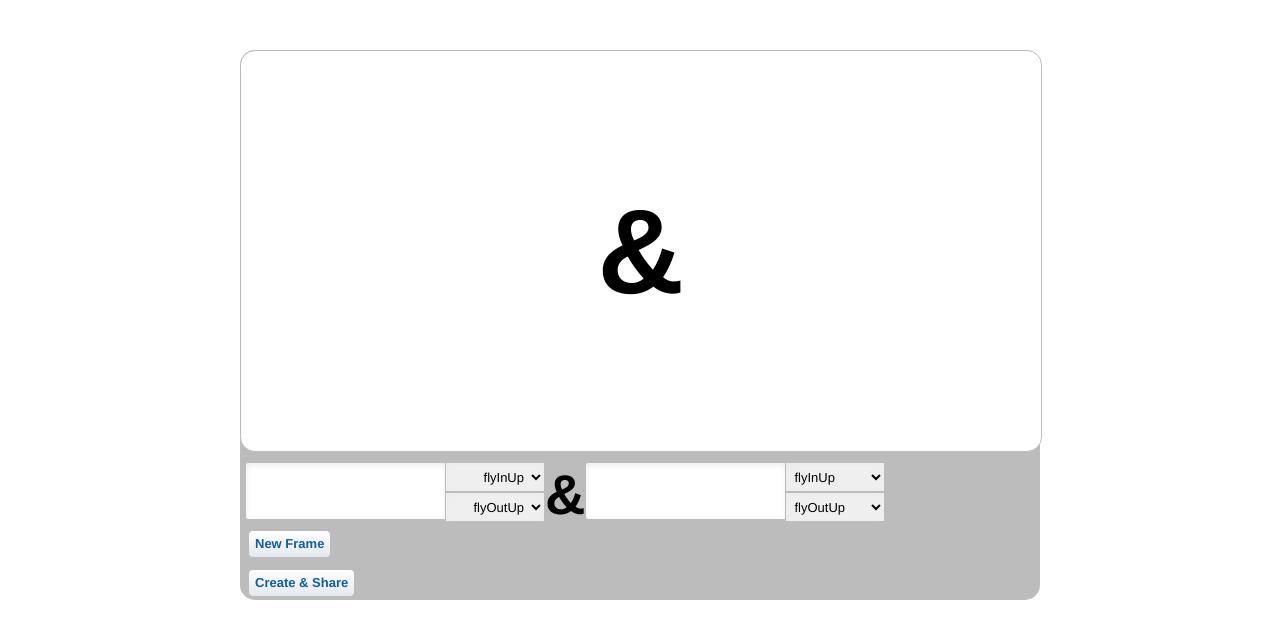
Repository: markis/cratification.com
Page: views/index.html
These files come from the project's save history. The page is drawn as it stood at one moment and after the next save; the edit follows.
The browser window is 1280 px wide. The pictures show the whole page.
Some web libraries are served in a nearby version.

Above is the page before, as saved 2013-09-07 03:31:16.

### views/index.html
<!DOCTYPE html>
<html>
<head>
<title>Cratification</title>
<link type="text/css" rel="stylesheet" href="/css/bootstrap.css" />
<link type="text/css" rel="stylesheet" href="/css/index.css" />


</head>
<body>
<div id="wrapper">
<div id="test-container">
<span id="ampersand">&amp;</span>
</div>
<form id="entry-form">
<div id="entry"></div>
</form>
</div>

<script type="text/javascript" src="//ajax.googleapis.com/ajax/libs/jquery/1.7.2/jquery.js"></script>
<script type="text/javascript" src="//ajax.googleapis.com/ajax/libs/jqueryui/1.8.21/jquery-ui.js"></script>
<script type="text/javascript" src="/js/cratify.js"></script>
<script type="text/javascript" src="/js/index.js"></script>
</body>
</html>

### public/css/index.css
body,html {
    padding: 0px;
    margin: 0px;
    font-family: Helvetica, Arial, sans-serif;
    color: #000;
}

input[type="text"]
{
    margin: auto;
    border: solid 1px #BCBCBC;
    -webkit-box-shadow: 0 2px 6px #ECECEC inset;
    box-shadow: 0 2px 6px #ECECEC inset;
    box-sizing: content-box;
    color: black;
    font-size: 50px;
    font-weight: bold;
    height: 56px;
    line-height: 28px;
    margin: 0;
    padding: 0 5px;
    width: 190px;
    float: left;
}
button,
input[type="button"]
{
    border: solid 1px #BCBCBC;
    background-color: #FAFAFA;
    background-image: -moz-linear-gradient(top,#FFF,#E4E8EE);
    background-image: -ms-linear-gradient(top,#FFF,#E4E8EE);
    background-image: -o-linear-gradient(top,#FFF,#E4E8EE);
    background-image: -webkit-gradient(linear,0% 0%,0% 100%,from(#FFF),to(#E4E8EE));
    background-image: -webkit-linear-gradient(top, #FFF, #E4E8EE);
    border-radius: 5px;
    color: #105DA5;
    font-weight: bold;
    height: 28px;
    margin: 3px;
}
select {
    border: solid 1px #BCBCBC;
    -webkit-box-shadow: 0 2px 6px #ECECEC inset;
    box-shadow: 0 2px 6px #ECECEC inset;
    color: black;
    font-size: 13px;
    height: 30px;
    line-height: 30px;
    margin: 0px;
    width: 100px;
}

/* index page */
#wrapper {
    width: 800px;
    border: 1px solid BCBCBC;
    border-radius: 15px;
    margin: 50px auto;
    background-color: #BCBCBC;
}
#test-container {
    width: 800px;
    height: 400px;
    background-color: #FFF;
    border: 1px solid #BCBCBC;
    border-radius: 15px;
    font-size: 64px;
    font-weight: bold;
    margin: auto;
    overflow: hidden;
}
#entry-form {
    margin: 5px;
    padding-top: 5px;
}
.frame {
    padding-bottom: 5px;
    clear: both;
}
.removeRow {
    color: red;
}
.left {
    text-align: right;
}
.side {
    width: 200px;
    float: left;
}
.options {
    width: 100px;
    float: left;
}
.ampersand {
    font-family: helvetica;
    font-weight: bold;
    font-size: 56px;
    line-height: initial;
    float: left;
}

### public/js/cratify.js
function Cratify(data, container, ampersand, autoRun, animationsObj) {
    this.data = data;
    this.$container = container ? container : $("<div />").css({"overflow": "hidden", width: $(window).width(), height: $(window).height() }).appendTo("body");
    this.$ampersand = ampersand ? ampersand : $("<span />").html("&").css({position:"relative"}).appendTo(this.$container);
    //winHeight = $container.height();
    this.$container.css({"overflow": "hidden", fontFamily:"helvetica", fontWeight: "bold", fontSize: 120});
    this.$ampersand.css("position", "absolute");
    this.$ampersand.position({
        my: "center",
        at: "center",
        of: this.$container
    });

    this.Animations = animationsObj || Animations;

    if (autoRun !== false)
    {
        this.queueAnimations();
        this.runAnimations();
    }
}

Cratify.prototype.queueAnimations = function() {
    var left = 0;
    var right = 0;
    for (var i=0; i<this.data.length; i++)
    {
        $('body')
        // left side
        .delay(1000, 'leftChain')
        .queue('leftChain', queueLeftIn)
        .delay(1000, 'leftChain')
        .queue('leftChain', queueLeftOut)
        // right side
        .delay(1000, 'rightChain')
        .queue('rightChain', queueRightIn)
        .delay(1000, 'rightChain')
        .queue('rightChain', queueRightOut);
    }

    var data = this.data;
    var Animations = new this.Animations(this.$container, this.$ampersand);

    // These functions are defined as such, so that we don't define
    // anonymous functions in a for loop
    function queueLeftIn(next){
        var animation = data[left].left;
        animation.inOut = 'in';
        animation.leftRight = 'left';
        Animations.runAnimation(animation, next);
    }
    function queueLeftOut(next){
        var animation = data[left].left;
        animation.inOut = 'out';
        animation.leftRight = 'left';
        Animations.runAnimation(animation, next);
        left++;
    }
    function queueRightIn(next){
        var rightInAnimation = data[right].right;
        rightInAnimation.inOut = 'in';
        rightInAnimation.leftRight = 'right';
        Animations.runAnimation(rightInAnimation, next);
    }
    function queueRightOut(next) {
        var rightOutAnimation = data[right].right;
        rightOutAnimation.inOut = 'out';
        rightOutAnimation.leftRight = 'right';
        Animations.runAnimation(rightOutAnimation, next);
        right++;
    }
}

Cratify.prototype.runAnimations = function() {
    $('body').queue('leftChain');
    $('body').dequeue('leftChain');

    $('body').queue('rightChain');
    $('body').dequeue('rightChain');
}


/********************************************************************

    Define Animations

********************************************************************/
function Animations($container, $ampersand) {
    this.$container = $container;
    this.$ampersand = $ampersand;
}

Animations.prototype = {
    runAnimation : function(animation, next) {
        var animateIn = this['in'];
        var animateOut = this.out;
        var $container = this.$container;
        var $ampersand = this.$ampersand;

        if (animation.inOut == 'out') {
            var fxOut = animateOut[animation.animationOut];
            if (fxOut) {
                fxOut(animation, $container, $ampersand, next);
            } else {
                animateOut.flyOutDown(animation, $container, $ampersand, next);
            }
        } else {
            var fxIn = animateIn[animation.animationIn];
            if (fxIn) {
                fxIn(animation, $container, $ampersand, next);
            } else {
                animateOut.flyInDown(animation, $container, $ampersand, next);
            }
        }
    },
    'in' : {

        flyInUp : function(animation, $container, $ampersand, next) {
            var endPos;
            animation.element = $("<span />").html(animation.text).css({position:"relative"}).appendTo($container)
            .position({
                my: "top",
                at: "bottom",
                of: $container
            })
            // end position
            .position({
                my: animation.leftRight==='right'?"left center":"right center",
                at: animation.leftRight==='right'?"right center":"left center",
                of: $ampersand,
                using: function (pos) { endPos = pos }
            })
            .css({left:endPos.left})
            .animate({top: endPos.top}, {duration:1000, queue:false, complete: next});
        },

        flyInDown : function(animation, $container, $ampersand, next) {
            var endPos;
            animation.element = $("<span />").html(animation.text).css({position:"relative"}).appendTo($container)
            // start position
            .position({
                my: "bottom",
                at: "top",
                of: $container
            })
            // end position
            .position({
                my: animation.leftRight==='right'?"left center":"right center",
                at: animation.leftRight==='right'?"right center":"left center",
                of: $ampersand,
                using: function (pos) { endPos = pos; }
            })
            .css({left:endPos.left})
            .animate({top: endPos.top}, {duration:1000, queue:false, complete: next});
        },

        flyInLeft : function(animation, $container, $ampersand, next) {
            var endPos;
            var element = animation.element = $("<span />").html(animation.text).css({position:"relative"}).appendTo($container);
            // start position
            element.position({
                my: "right center",
                at: "left center",
                of: $container
            })
            // end position
            .position({
                my: animation.leftRight==='right'?"left center":"right center",
                at: animation.leftRight==='right'?"right center":"left center",
                of: $ampersand,
                using: function (pos) { endPos = pos; }
            })
            //.css({visibility:"visible"}) //, left: element.width() * 2 * -1, top: pos.top})
            .animate({left: endPos.left}, {duration:1000, queue:false, complete: next});
        },

        flyInRight : function(animation, $container, $ampersand, next) {
            var endPos;
            var element = animation.element = $("<span />").html(animation.text).css({position:"relative"}).appendTo($container);
            element
            // start position
            .position({
                my: "left center",
                at: "right center",
                of: $container,
                using: function (startPos) {
                    // I am not sure why the positioning math always put the element on the right side during
                    // testing, but I compensated for it with this little winWidth and element.width() addition
                    startPos.left = startPos.left + $container.width() + element.width();
                    element.css(startPos); }
            })
            // end position
            .position({
                my: animation.leftRight==='right'?"left center":"right center",
                at: animation.leftRight==='right'?"right center":"left center",
                of: $ampersand,
                using: function (pos) { endPos = pos; }
            })
            //.css({visibility:"visible"}) //, left: (element.width() * 2) + winWidth, top: pos.top})
            .animate({left: endPos.left}, {duration:1000, queue:false, complete: next});
        },

        flyInSlot : function(animation, $container, $ampersand, next) {
            var endPos, bottomPos, topPos;
            var element = animation.element = $("<span />").html(animation.text).css({visibility:"hidden",position:"relative"}).appendTo($container);
            element
            .position({
                my: animation.leftRight==='right'?"left center":"right center",
                at: animation.leftRight==='right'?"right center":"left center",
                of: $ampersand,
                using: function (pos) { endPos = pos; }
            })
            // bottom of the container position
            .position({
                my: "bottom",
                at: "top",
                of: $container,
                using: function (pos) { bottomPos = pos; }
            })
            // top of the container position
            .position({
                my: "top",
                at: "bottom",
                of: $container,
                using: function (pos) { topPos = pos; }
            })
            .css({visibility:"visible", left: endPos.left, top: topPos.top })
                .animate({left: endPos.left},
                   {duration:200, queue:false, complete: function() {
                       element.css({top: topPos.top })
                       .animate({top: bottomPos.top},
                            {duration:200, queue:false, complete: function() {
                                element.css({top: topPos.top })
                                .animate({top: bottomPos.top},
                                    {duration:200, queue:false, complete: function() {
                                        element.css({top: topPos.top })
                                        .animate({top: endPos.top},
                                            {duration:200, queue:false, complete: function() {
                                                next();
                                        }});
                                }});
                       }});
                }});
        },

        fadeIn : function(animation, $container, $ampersand, next) {
            animation.element = $("<span />").html(animation.text).css({position:"relative"}).appendTo($container)
            .position({
                my: animation.leftRight==='right'?"left center":"right center",
                at: animation.leftRight==='right'?"right center":"left center",
                of: $ampersand
            }).hide().fadeIn(1000, next);
        }

    },
    out : {

        flyOutUp : function(animation, $container, $ampersand, next) {
            function flyOutUpCompleteAnimate () {
                var targetElement = animation.element[0];
                delete animation.element;
                $container[0].removeChild(targetElement);
                next();
            }
            function flyOutUpAnimate (pos) {
                animation.element.animate({top: pos.top}, {duration:1000, queue:false, complete: flyOutUpCompleteAnimate});
            }
            animation.element.position({
                my: "bottom",
                at: "top",
                of: $container,
                using: flyOutUpAnimate
            });
        },

        flyOutDown : function(animation, $container, $ampersand, next) {
            function flyOutDownCompleteAnimate () {
                var targetElement = animation.element[0];
                delete animation.element;
                $container[0].removeChild(targetElement);
                next();
            }
            function flyOutDownAnimate (pos) {
                animation.element.animate({top: pos.top}, {duration:1000, queue:false, complete: flyOutDownCompleteAnimate});
            }
            animation.element.position({
                my: "top",
                at: "bottom",
                of: $container,
                using: flyOutDownAnimate
            });
        },

        flyOutLeft : function(animation, $container, $ampersand, next) {
            function completeAnimate () {
                var targetElement = animation.element[0];
                delete animation.element;
                $container[0].removeChild(targetElement);
                next();
            }
            function animate (pos) {
                animation.element.animate({left: pos.left}, {duration:1000, queue:false, complete: completeAnimate});
            }
            animation.element.position({
                my: "right",
                at: "left",
                of: $container,
                using: animate
            });
        },

        flyOutRight : function(animation, $container, $ampersand, next) {
            function completeAnimate () {
                var targetElement = animation.element[0];
                delete animation.element;
                $container[0].removeChild(targetElement);
                next();
            }
            function animate (pos) {
                animation.element.animate({left: pos.left}, {duration:1000, queue:false, complete: completeAnimate});
            }
            animation.element.position({
                my: "right",
                at: "left",
                of: $container,
                using: animate
            });
        },

        fadeOut : function(animation, $container, $ampersand, next) {
            var element = animation.element;
            element.fadeOut(1000, function () {
                delete animation.element;
                $container[0].removeChild(element[0]);
                next();
            });
        }
    }
};

### public/js/index.js
$(function() {
    AddNewRow();
    $("<button />").html("Create & Share").appendTo($("#entry-form")).click(SaveData);
    var $container = $("#test-container");
    var $ampersand = $("#ampersand");
    var data = [
      {
        "left": {
          "text": "Crate",
          "animationIn": "flyInLeft",
          "animationOut": "flyOutLeft"
        },
        "right": {
          "text": "Barrel",
          "animationIn": "flyInUp",
          "animationOut": "flyOutLeft"
        }
      },
      {
        "left": {
          "text": "Create your",
          "animationIn": "flyInUp",
          "animationOut": "stop"
        },
        "right": {
          "text": "own story",
          "animationIn": "flyInRight",
          "animationOut": "stop"
        }
      }
    ];
    new Cratify(data, $container, $ampersand);
});

function AddNewRow(event) {
    var row = $("<div />").addClass("frame");
    if (event) {
        row.insertAfter($(event.target).closest(".frame"));
    } else {
        row.appendTo($("#entry"));
    }

    var leftSide = $("<div />").addClass("left").addClass("side").appendTo(row);
    var leftoptions = $("<div />").addClass("left").addClass("options").appendTo(row);
    CreateInDropDown().addClass("left").appendTo(leftoptions);
    CreateOutDropDown().addClass("left").appendTo(leftoptions);
    $("<input />").attr({type:"text"}).addClass("left").appendTo(leftSide);


    $("<span />").addClass("ampersand").html("&amp;").appendTo(row);

    var rightSide = $("<div />").addClass("right").addClass("side").appendTo(row);
    $("<input />").attr({type:"text"}).addClass("right").appendTo(rightSide);
    var rightoptions = $("<div />").addClass("right").addClass("options").appendTo(row);
    CreateInDropDown().addClass("right").appendTo(rightoptions);
    CreateOutDropDown().addClass("right").appendTo(rightoptions);

    $("<div />").css({clear:"both"}).appendTo(row);
    $("<button />").html("New Frame").addClass("addRow").click(AddNewRow).appendTo(row);
    if (event) {
        $("<button />").html("Remove Frame").addClass("removeRow").click(RemoveRow).appendTo(row);
    }
    return false;
}

function AddNewRowByButton(event) {
    $(event.target).parent()[0].removeChild(event.target);
    AddNewRow();
}

function RemoveRow(event) {
    var row = $(event.target).closest(".frame");
    row.parent()[0].removeChild(row[0]);
    return false;
}

function CreateInDropDown() {
    var $dropDown = $("<select />").addClass("animationIn");
    for (animation in Animations.prototype["in"])
    {
        $dropDown.append(new Option(animation, animation, false, false));
    }
    return $dropDown;
}
function CreateOutDropDown() {
    var $dropDown = $("<select />").addClass("animationOut");
    for (animation in Animations.prototype["out"])
    {
        $dropDown.append(new Option(animation, animation, false, false));
    }
    return $dropDown;
}

function GetData() {
    var data = [];
    $("#entry > div").each(function (idx, elem) {
        var $elem = $(elem);
        var leftText = $elem.find("input.left").val();
        var leftAnimationIn = $elem.find("select.animationIn.left").val();
        var leftAnimationOut = $elem.find("select.animationOut.left").val();

        var rightText = $elem.find("input.right").val();
        var rightAnimationIn = $elem.find("select.animationIn.right").val();
        var rightAnimationOut = $elem.find("select.animationOut.right").val();

        data.push({
            "left": {
              "text": leftText,
              "animationIn": leftAnimationIn,
              "animationOut": leftAnimationOut
            },
            "right": {
              "text": rightText,
              "animationIn": rightAnimationIn,
              "animationOut": rightAnimationOut
            }
        });
    });
    return data;
}

function SaveData() {
    var data = GetData();
    $.ajax({
        type: 'POST',
        url:'/animation',
        data: {animations:data},
        dataType:'json',
        success: SaveDataComplete
    });
    return false;
}

function SaveDataComplete(data) {
   if (data.success)
        window.location='/view/'+data.id;
}

function TestData() {
    var data = GetData();
    var $container = $("#test-container");
    var $ampersand = $("#ampersand");
    new Cratify(data, $container, $ampersand);
    return false;
}

Loaded but not shown: public/css/bootstrap.css (library)

After the next save:
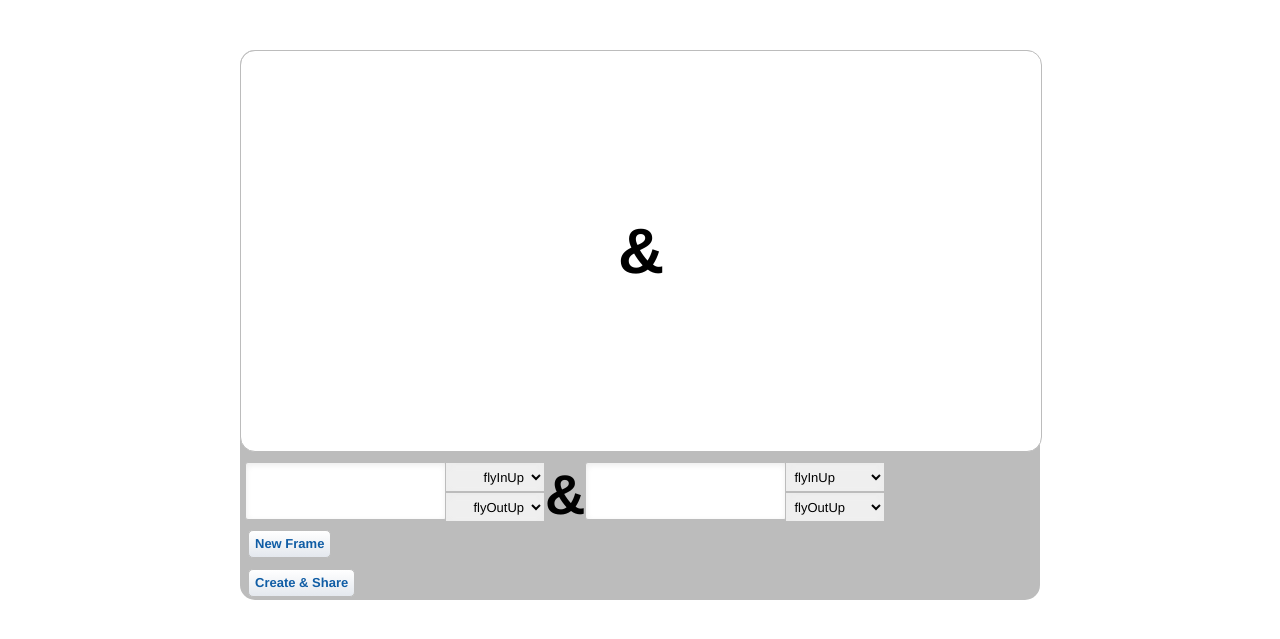
Saved 7 min 3 s later.
--- a/public/js/cratify.js
+++ b/public/js/cratify.js
@@ -3,7 +3,6 @@
     this.$container = container ? container : $("<div />").css({"overflow": "hidden", width: $(window).width(), height: $(window).height() }).appendTo("body");
     this.$ampersand = ampersand ? ampersand : $("<span />").html("&").css({position:"relative"}).appendTo(this.$container);
     //winHeight = $container.height();
-    this.$container.css({"overflow": "hidden", fontFamily:"helvetica", fontWeight: "bold", fontSize: 120});
     this.$ampersand.css("position", "absolute");
     this.$ampersand.position({
         my: "center",
@@ -186,7 +185,7 @@
                 using: function (startPos) {
                     // I am not sure why the positioning math always put the element on the right side during
                     // testing, but I compensated for it with this little winWidth and element.width() addition
-                    startPos.left = startPos.left + $container.width() + element.width();
+                    //startPos.left = startPos.left + $container.width() + element.width();
                     element.css(startPos); }
             })
             // end position
@@ -198,49 +197,6 @@
             })
             //.css({visibility:"visible"}) //, left: (element.width() * 2) + winWidth, top: pos.top})
             .animate({left: endPos.left}, {duration:1000, queue:false, complete: next});
-        },
-
-        flyInSlot : function(animation, $container, $ampersand, next) {
-            var endPos, bottomPos, topPos;
-            var element = animation.element = $("<span />").html(animation.text).css({visibility:"hidden",position:"relative"}).appendTo($container);
-            element
-            .position({
-                my: animation.leftRight==='right'?"left center":"right center",
-                at: animation.leftRight==='right'?"right center":"left center",
-                of: $ampersand,
-                using: function (pos) { endPos = pos; }
-            })
-            // bottom of the container position
-            .position({
-                my: "bottom",
-                at: "top",
-                of: $container,
-                using: function (pos) { bottomPos = pos; }
-            })
-            // top of the container position
-            .position({
-                my: "top",
-                at: "bottom",
-                of: $container,
-                using: function (pos) { topPos = pos; }
-            })
-            .css({visibility:"visible", left: endPos.left, top: topPos.top })
-                .animate({left: endPos.left},
-                   {duration:200, queue:false, complete: function() {
-                       element.css({top: topPos.top })
-                       .animate({top: bottomPos.top},
-                            {duration:200, queue:false, complete: function() {
-                                element.css({top: topPos.top })
-                                .animate({top: bottomPos.top},
-                                    {duration:200, queue:false, complete: function() {
-                                        element.css({top: topPos.top })
-                                        .animate({top: endPos.top},
-                                            {duration:200, queue:false, complete: function() {
-                                                next();
-                                        }});
-                                }});
-                       }});
-                }});
         },
 
         fadeIn : function(animation, $container, $ampersand, next) {
@@ -302,8 +258,8 @@
                 animation.element.animate({left: pos.left}, {duration:1000, queue:false, complete: completeAnimate});
             }
             animation.element.position({
-                my: "right",
-                at: "left",
+                my: "left",
+                at: "right",
                 of: $container,
                 using: animate
             });
@@ -334,6 +290,10 @@
                 $container[0].removeChild(element[0]);
                 next();
             });
+        },
+
+        stop : function (animation, $container, $ampersand, next) {
+
         }
     }
 };
